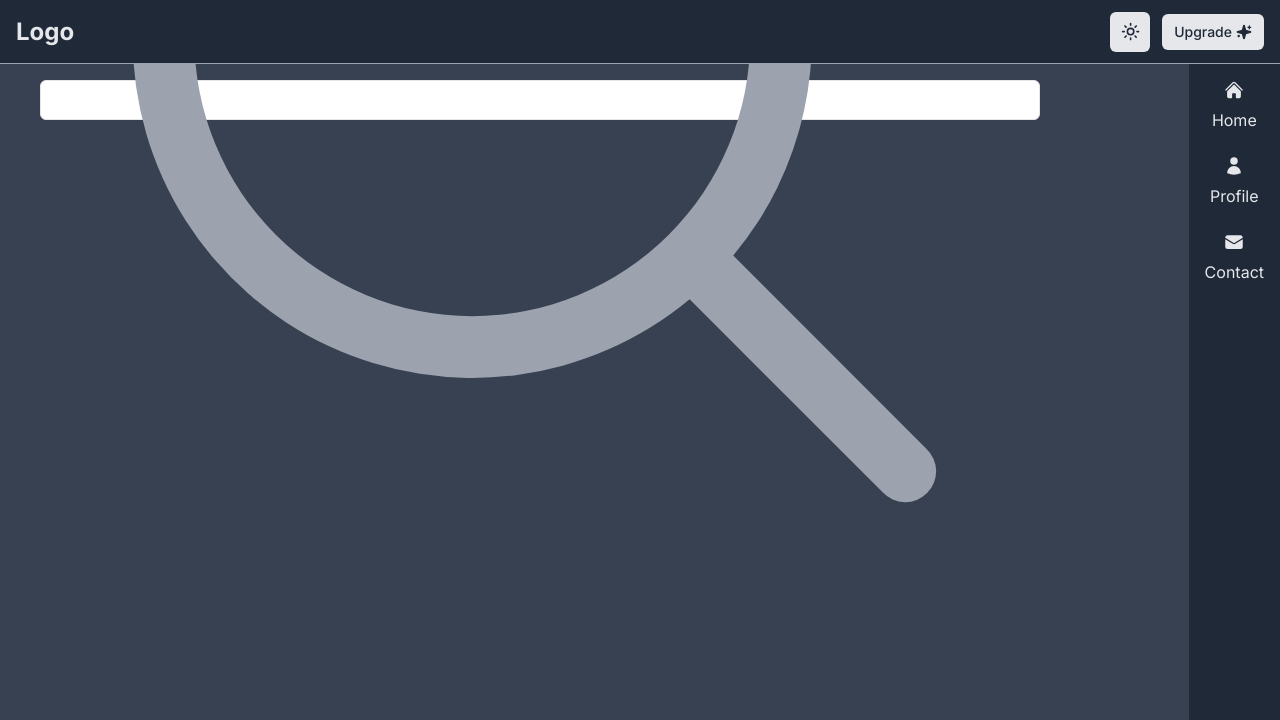
Repository: michalmilek/AI-companion-bot
Page: /
An editor plug-in stored every save of this project. The page is shown before and after the next save, followed by the edit.
The browser window is 1280 px wide. The pictures show the whole page.
The page's requests for data from a server got no answer. The project was rebuilt for these pictures with package versions that can differ from the ones it lists, and the page was loaded fresh each time. Some packages were replaced by stand-ins written for this rebuild. The framework's server and built-in components were replaced by stand-ins that run in the browser. No one was signed in, and anything a server would have sent is missing. Also part of the build but not shown: next.config.js.

Above is the page before, as saved 2023-10-10 18:38:00.

### app/layout.tsx
import { ClerkProvider } from "@clerk/nextjs";
import "./globals.css";
import type { Metadata } from "next";
import { Inter } from "next/font/google";
import { ThemeProvider } from "@/components/theme-provider";

const inter = Inter({ subsets: ["latin"] });

export const metadata: Metadata = {
  title: "Create Next App",
  description: "Generated by create next app",
};

export default function RootLayout({
  children,
}: {
  children: React.ReactNode;
}) {
  return (
    <ClerkProvider>
      <html lang="en">
        <body className={inter.className}>
          <ThemeProvider
            attribute="class"
            defaultTheme="light"
            enableSystem
            disableTransitionOnChange>
            {children}
          </ThemeProvider>
        </body>
      </html>
    </ClerkProvider>
  );
}

### app/(root)/layout.tsx
"use client";

import MobileSidebar from "@/components/MobileSidebar";
import Navbar from "@/components/Navbar";
import clsx from "clsx";
import { useTheme } from "next-themes";
import React, { useEffect } from "react";
import useStore from "../hooks/useStore";
import { useMediaQuery } from "react-responsive";
import { AnimatePresence } from "framer-motion";
import Sidebar from "@/components/Sidebar";

const RootLayout = ({ children }: { children: React.ReactNode }) => {
  const { theme } = useTheme();
  const isTabletOrLarger = useMediaQuery({
    query: "(min-width: 768px)",
  });
  const { setIsMobileMenuOpen } = useStore();

  useEffect(() => {
    if (isTabletOrLarger) {
      setIsMobileMenuOpen(false);
    }
  }, [isTabletOrLarger, setIsMobileMenuOpen]);

  return (
    <div
      className={`h-screen ${clsx(
        (theme === "dark" || "system") && "bg-gray-700",
        theme === "light" && "bg-gray-400"
      )} `}>
      <Navbar />
      <MobileSidebar />
      <Sidebar />
      <main className="px-10 md:pr-60 pt-20 pb-2 h-full">{children}</main>
    </div>
  );
};

export default RootLayout;

### app/(root)/(routes)/page.tsx
import { SearchInput } from "@/components/ui/search-input";
import { UserButton } from "@clerk/nextjs";
import React from "react";

const RootPage = () => {
  return (
    <div>
      <SearchInput label="Search" />
    </div>
  );
};

export default RootPage;

### app/globals.css
@tailwind base;
@tailwind components;
@tailwind utilities;

@layer base {
  :root {
    --background: 0 0% 100%;
    --foreground: 0 0% 3.9%;

    --card: 0 0% 100%;
    --card-foreground: 0 0% 3.9%;

    --popover: 0 0% 100%;
    --popover-foreground: 0 0% 3.9%;

    --primary: 0 0% 9%;
    --primary-foreground: 0 0% 98%;

    --secondary: 0 0% 96.1%;
    --secondary-foreground: 0 0% 9%;

    --muted: 0 0% 96.1%;
    --muted-foreground: 0 0% 45.1%;

    --accent: 0 0% 96.1%;
    --accent-foreground: 0 0% 9%;

    --destructive: 0 84.2% 60.2%;
    --destructive-foreground: 0 0% 98%;

    --border: 0 0% 89.8%;
    --input: 0 0% 89.8%;
    --ring: 0 0% 3.9%;

    --radius: 0.5rem;
  }

  .dark {
    --background: 0 0% 3.9%;
    --foreground: 0 0% 98%;

    --card: 0 0% 3.9%;
    --card-foreground: 0 0% 98%;

    --popover: 0 0% 3.9%;
    --popover-foreground: 0 0% 98%;

    --primary: 0 0% 98%;
    --primary-foreground: 0 0% 9%;

    --secondary: 0 0% 14.9%;
    --secondary-foreground: 0 0% 98%;

    --muted: 0 0% 14.9%;
    --muted-foreground: 0 0% 63.9%;

    --accent: 0 0% 14.9%;
    --accent-foreground: 0 0% 98%;

    --destructive: 0 62.8% 30.6%;
    --destructive-foreground: 0 0% 98%;

    --border: 0 0% 14.9%;
    --input: 0 0% 14.9%;
    --ring: 0 0% 83.1%;
  }
}

@layer base {
  * {
    @apply border-border;
  }
  body {
    @apply bg-background text-foreground;
  }
}

*{
  box-sizing: border-box;
  padding: 0;
  margin: 0;
}

### components/MobileSidebar.tsx
"use client";

import React from "react";
import { AnimatePresence, motion } from "framer-motion";
import { useTheme } from "next-themes";
import clsx from "clsx";
import { Theme, getThemeBackground } from "@/app/utils/helpers";
import { Button } from "./ui/button";
import { HomeIcon, UserIcon, EnvelopeIcon } from "@heroicons/react/24/solid";
import Link from "next/link";
import useStore from "@/app/hooks/useStore";
import { useMediaQuery } from "react-responsive";

const MobileSidebar = () => {
  const { theme } = useTheme();
  const isTabletOrLarger = useMediaQuery({
    query: "(min-width: 768px)",
  });

  const isMobileOrLarger = useMediaQuery({
    query: "(min-width: 550px)",
  });
  const { isMobileMenuOpen } = useStore();
  return (
    <AnimatePresence mode="wait">
      {isMobileMenuOpen && !isTabletOrLarger && (
        <motion.aside
          className={`h-full py-2 fixed bottom-0 top-16 right-0 ${getThemeBackground(
            theme as Theme
          )}`}
          initial={{ x: "100%" }}
          animate={{ x: 0 }}
          transition={{ type: "tween", duration: 0.3 }}
          exit={{ x: "100%" }}>
          <ul className="flex flex-col gap-2">
            <li>
              <Link
                className={`flex flex-col items-center gap-2 py-2 ${
                  theme === "light" ? "hover:bg-gray-700" : "hover:bg-gray-500"
                } transition-none`}
                href="/">
                <HomeIcon className="h-5 w-5" />
                {isMobileOrLarger && <span>Home</span>}
              </Link>
            </li>
            <li>
              <Link
                className="flex flex-col items-center gap-2 py-2 px-4 hover:bg-gray-700"
                href="/profile">
                <UserIcon className="h-5 w-5" />
                <span>Profile</span>
              </Link>
            </li>
            <li>
              <Link
                className="flex flex-col items-center gap-2 py-2 px-4 hover:bg-gray-700"
                href="/contact">
                <EnvelopeIcon className="h-5 w-5" />
                <span>Contact</span>
              </Link>
            </li>
          </ul>
        </motion.aside>
      )}
    </AnimatePresence>
  );
};
export default MobileSidebar;

### components/Navbar.tsx
"use client";

import React, { useEffect, useState } from "react";
import { UserButton } from "@clerk/nextjs";
import { Button } from "./ui/button";
import { Sparkles } from "lucide-react";
import { ThemeToggle } from "./theme-toggle";
import { useTheme } from "next-themes";
import clsx from "clsx";
import { Theme, getThemeBackground, getThemeColor } from "@/app/utils/helpers";
import { useMediaQuery } from "react-responsive";
import { Bars3Icon } from "@heroicons/react/24/solid";
import useStore from "@/app/hooks/useStore";

const Navbar = () => {
  const { theme } = useTheme();
  const isTabletOrLarger = useMediaQuery({
    query: "(min-width: 768px)",
  });
  const { isMobileMenuOpen, setIsMobileMenuOpen } = useStore();

  return (
    <nav
      className={`${getThemeBackground(
        theme as Theme
      )} h-16 flex justify-between items-center px-4 fixed top-0 left-0 right-0 z-50 border-b-gray-400 border-b`}>
      <a
        href="#"
        className="text-2xl font-bold">
        Logo
      </a>
      <div className="flex items-center gap-3">
        <ThemeToggle />
        <Button
          size="sm"
          variant={getThemeColor(theme as Theme)}>
          Upgrade
          <Sparkles
            className={`${
              theme === "light"
                ? "text-gray-800 fill-gray-800"
                : "text-gray-200 fill-gray-200"
            }  h-4 w-4`}
          />
        </Button>

        <UserButton />
        {!isTabletOrLarger && (
          <Button
            size="icon"
            onClick={() => setIsMobileMenuOpen(!isMobileMenuOpen)}
            variant={getThemeColor(theme as Theme)}>
            <Bars3Icon
              className={`${
                theme === "light"
                  ? "text-gray-800 fill-gray-800"
                  : "text-gray-200 fill-gray-200"
              } p-2`}
            />
          </Button>
        )}
      </div>
    </nav>
  );
};

export default Navbar;

### app/hooks/useStore.ts
import { create } from "zustand";

interface State {
  isMobileMenuOpen: boolean;
  setIsMobileMenuOpen: (isOpen: boolean) => void;
}

const useStore = create<State>((set) => ({
  isMobileMenuOpen: false,
  setIsMobileMenuOpen: (isOpen) => set({ isMobileMenuOpen: isOpen }),
}));

export default useStore;

### components/Sidebar.tsx
import React from "react";
import { AnimatePresence, motion } from "framer-motion";
import { useTheme } from "next-themes";
import clsx from "clsx";
import { Theme, getThemeBackground } from "@/app/utils/helpers";
import { Button } from "./ui/button";
import { HomeIcon, UserIcon, EnvelopeIcon } from "@heroicons/react/24/solid";
import Link from "next/link";
import { useMediaQuery } from "react-responsive";

const Sidebar = () => {
  const { theme } = useTheme();
  const isTabletOrLarger = useMediaQuery({
    query: "(min-width: 768px)",
  });

  return (
    <AnimatePresence>
      {isTabletOrLarger && (
        <motion.aside
          key={"sidebar"}
          className={`h-full py-2 fixed bottom-0 top-16 right-0 ${getThemeBackground(
            theme as Theme
          )}`}
          initial={{ x: "100%" }}
          animate={{ x: 0 }}
          exit={{ x: "100%" }}
          transition={{ type: "tween", duration: 0.3 }}>
          <ul className="flex flex-col gap-2">
            <li>
              <Link
                className={`flex flex-col items-center gap-2 py-2 ${
                  theme === "light" ? "hover:bg-gray-700" : "hover:bg-gray-500"
                } transition-none`}
                href="/">
                <HomeIcon className="h-5 w-5" />
                <span>Home</span>
              </Link>
            </li>
            <li>
              <Link
                className="flex flex-col items-center gap-2 py-2 px-4 hover:bg-gray-700"
                href="/profile">
                <UserIcon className="h-5 w-5" />
                <span>Profile</span>
              </Link>
            </li>
            <li>
              <Link
                className="flex flex-col items-center gap-2 py-2 px-4 hover:bg-gray-700"
                href="/contact">
                <EnvelopeIcon className="h-5 w-5" />
                <span>Contact</span>
              </Link>
            </li>
          </ul>
        </motion.aside>
      )}
    </AnimatePresence>
  );
};

export default Sidebar;

### components/ui/search-input.tsx
"use client";

import * as React from "react";

import { cn } from "@/lib/utils";
import { useTheme } from "next-themes";
import { Theme, getInputColor } from "@/app/utils/helpers";
import { MagnifyingGlassIcon } from "@heroicons/react/24/solid";

export interface InputProps
  extends React.InputHTMLAttributes<HTMLInputElement> {
  label?: string;
  error?: string;
}

const SearchInput = React.forwardRef<HTMLInputElement, InputProps>(
  ({ className, type, label, error, ...props }, ref) => {
    const { theme } = useTheme();

    return (
      <div className="relative">
        <input
          type={type}
          className={cn(
            "flex h-10 w-full rounded-md border border-input bg-white px-3 py-2 text-sm ring-offset-background file:border-0 file:bg-transparent file:text-sm file:font-medium placeholder:text-muted-foreground focus-visible:outline-none focus-visible:ring-2 focus-visible:ring-ring focus-visible:ring-offset-2 disabled:cursor-not-allowed disabled:opacity-50 text-black",
            className
          )}
          ref={ref}
          {...props}
        />
        <MagnifyingGlassIcon className="absolute right-3 top-1/2 transform -translate-y-1/2 text-gray-400" />
      </div>
    );
  }
);
SearchInput.displayName = "Input";

export { SearchInput };

### app/utils/helpers.ts
import clsx from "clsx";

export type Theme = "dark" | "system" | "light";

export function getThemeColor(theme: Theme) {
  if (theme === "dark" || theme === "system") {
    return "dark";
  } else {
    return "gray";
  }
}

export const getThemeBackground = (theme: Theme) => {
  return clsx(
    (theme === "dark" || theme === "system") && "bg-gray-200 text-gray-800",
    theme === "light" && "bg-gray-800 text-gray-200"
  );
};

export const getInputColor = (theme: Theme) => {
  return clsx(
    (theme === "dark" || theme === "system") && "text-white",
    theme === "light" && "text-black"
  );
};

### components/ui/button.tsx
import * as React from "react";
import { Slot } from "@radix-ui/react-slot";
import { cva, type VariantProps } from "class-variance-authority";

import { cn } from "@/lib/utils";

const buttonVariants = cva(
  "inline-flex items-center justify-center rounded-md text-sm font-medium ring-offset-background transition-colors focus-visible:outline-none focus-visible:ring-2 focus-visible:ring-ring focus-visible:ring-offset-2 disabled:pointer-events-none disabled:opacity-50",
  {
    variants: {
      variant: {
        default: "bg-primary text-primary-foreground hover:bg-primary/90",
        destructive:
          "bg-destructive text-destructive-foreground hover:bg-destructive/90",
        outline:
          "border border-input bg-background hover:bg-accent hover:text-accent-foreground",
        secondary:
          "bg-secondary text-secondary-foreground hover:bg-secondary/80",
        ghost: "hover:bg-accent hover:text-accent-foreground",
        link: "text-primary underline-offset-4 hover:underline",
        gray: "bg-gray-200 text-gray-800 flex items-center gap-1 hover:bg-gray-300 transition-all",
        dark: "bg-gray-800 text-gray-200 flex items-center gap-1 hover:bg-gray-600 transition-all",
      },
      size: {
        default: "h-10 px-4 py-2",
        sm: "h-9 rounded-md px-3",
        lg: "h-11 rounded-md px-8",
        icon: "h-10 w-10",
      },
    },
    defaultVariants: {
      variant: "default",
      size: "default",
    },
  }
);

export interface ButtonProps
  extends React.ButtonHTMLAttributes<HTMLButtonElement>,
    VariantProps<typeof buttonVariants> {
  asChild?: boolean;
}

const Button = React.forwardRef<HTMLButtonElement, ButtonProps>(
  ({ className, variant, size, asChild = false, ...props }, ref) => {
    const Comp = asChild ? Slot : "button";
    return (
      <Comp
        className={cn(buttonVariants({ variant, size, className }))}
        ref={ref}
        {...props}
      />
    );
  }
);
Button.displayName = "Button";

export { Button, buttonVariants };

### components/theme-toggle.tsx
"use client";

import * as React from "react";
import { Moon, Sun } from "lucide-react";
import { useTheme } from "next-themes";

import { Button } from "@/components/ui/button";
import {
  DropdownMenu,
  DropdownMenuContent,
  DropdownMenuItem,
  DropdownMenuTrigger,
} from "@/components/ui/dropdown-menu";
import { Theme, getThemeColor } from "@/app/utils/helpers";

export function ThemeToggle() {
  const { theme, setTheme } = useTheme();

  return (
    <DropdownMenu>
      <DropdownMenuTrigger asChild>
        <Button
          variant={getThemeColor(theme as Theme)}
          size="icon">
          <Sun className="h-[1.2rem] w-[1.2rem] rotate-0 scale-100 transition-all dark:-rotate-90 dark:scale-0" />
          <Moon className="absolute h-[1.2rem] w-[1.2rem] rotate-90 scale-0 transition-all dark:rotate-0 dark:scale-100" />
          <span className="sr-only">Toggle theme</span>
        </Button>
      </DropdownMenuTrigger>
      <DropdownMenuContent align="end">
        <DropdownMenuItem onClick={() => setTheme("light")}>
          Light
        </DropdownMenuItem>
        <DropdownMenuItem onClick={() => setTheme("dark")}>
          Dark
        </DropdownMenuItem>
        <DropdownMenuItem onClick={() => setTheme("system")}>
          System
        </DropdownMenuItem>
      </DropdownMenuContent>
    </DropdownMenu>
  );
}

### components/ui/dropdown-menu.tsx
"use client"

import * as React from "react"
import * as DropdownMenuPrimitive from "@radix-ui/react-dropdown-menu"
import { Check, ChevronRight, Circle } from "lucide-react"

import { cn } from "@/lib/utils"

const DropdownMenu = DropdownMenuPrimitive.Root

const DropdownMenuTrigger = DropdownMenuPrimitive.Trigger

const DropdownMenuGroup = DropdownMenuPrimitive.Group

const DropdownMenuPortal = DropdownMenuPrimitive.Portal

const DropdownMenuSub = DropdownMenuPrimitive.Sub

const DropdownMenuRadioGroup = DropdownMenuPrimitive.RadioGroup

const DropdownMenuSubTrigger = React.forwardRef<
  React.ElementRef<typeof DropdownMenuPrimitive.SubTrigger>,
  React.ComponentPropsWithoutRef<typeof DropdownMenuPrimitive.SubTrigger> & {
    inset?: boolean
  }
>(({ className, inset, children, ...props }, ref) => (
  <DropdownMenuPrimitive.SubTrigger
    ref={ref}
    className={cn(
      "flex cursor-default select-none items-center rounded-sm px-2 py-1.5 text-sm outline-none focus:bg-accent data-[state=open]:bg-accent",
      inset && "pl-8",
      className
    )}
    {...props}
  >
    {children}
    <ChevronRight className="ml-auto h-4 w-4" />
  </DropdownMenuPrimitive.SubTrigger>
))
DropdownMenuSubTrigger.displayName =
  DropdownMenuPrimitive.SubTrigger.displayName

const DropdownMenuSubContent = React.forwardRef<
  React.ElementRef<typeof DropdownMenuPrimitive.SubContent>,
  React.ComponentPropsWithoutRef<typeof DropdownMenuPrimitive.SubContent>
>(({ className, ...props }, ref) => (
  <DropdownMenuPrimitive.SubContent
    ref={ref}
    className={cn(
      "z-50 min-w-[8rem] overflow-hidden rounded-md border bg-popover p-1 text-popover-foreground shadow-lg data-[state=open]:animate-in data-[state=closed]:animate-out data-[state=closed]:fade-out-0 data-[state=open]:fade-in-0 data-[state=closed]:zoom-out-95 data-[state=open]:zoom-in-95 data-[side=bottom]:slide-in-from-top-2 data-[side=left]:slide-in-from-right-2 data-[side=right]:slide-in-from-left-2 data-[side=top]:slide-in-from-bottom-2",
      className
    )}
    {...props}
  />
))
DropdownMenuSubContent.displayName =
  DropdownMenuPrimitive.SubContent.displayName

const DropdownMenuContent = React.forwardRef<
  React.ElementRef<typeof DropdownMenuPrimitive.Content>,
  React.ComponentPropsWithoutRef<typeof DropdownMenuPrimitive.Content>
>(({ className, sideOffset = 4, ...props }, ref) => (
  <DropdownMenuPrimitive.Portal>
    <DropdownMenuPrimitive.Content
      ref={ref}
      sideOffset={sideOffset}
      className={cn(
        "z-50 min-w-[8rem] overflow-hidden rounded-md border bg-popover p-1 text-popover-foreground shadow-md data-[state=open]:animate-in data-[state=closed]:animate-out data-[state=closed]:fade-out-0 data-[state=open]:fade-in-0 data-[state=closed]:zoom-out-95 data-[state=open]:zoom-in-95 data-[side=bottom]:slide-in-from-top-2 data-[side=left]:slide-in-from-right-2 data-[side=right]:slide-in-from-left-2 data-[side=top]:slide-in-from-bottom-2",
        className
      )}
      {...props}
    />
  </DropdownMenuPrimitive.Portal>
))
DropdownMenuContent.displayName = DropdownMenuPrimitive.Content.displayName

const DropdownMenuItem = React.forwardRef<
  React.ElementRef<typeof DropdownMenuPrimitive.Item>,
  React.ComponentPropsWithoutRef<typeof DropdownMenuPrimitive.Item> & {
    inset?: boolean
  }
>(({ className, inset, ...props }, ref) => (
  <DropdownMenuPrimitive.Item
    ref={ref}
    className={cn(
      "relative flex cursor-default select-none items-center rounded-sm px-2 py-1.5 text-sm outline-none transition-colors focus:bg-accent focus:text-accent-foreground data-[disabled]:pointer-events-none data-[disabled]:opacity-50",
      inset && "pl-8",
      className
    )}
    {...props}
  />
))
DropdownMenuItem.displayName = DropdownMenuPrimitive.Item.displayName

const DropdownMenuCheckboxItem = React.forwardRef<
  React.ElementRef<typeof DropdownMenuPrimitive.CheckboxItem>,
  React.ComponentPropsWithoutRef<typeof DropdownMenuPrimitive.CheckboxItem>
>(({ className, children, checked, ...props }, ref) => (
  <DropdownMenuPrimitive.CheckboxItem
    ref={ref}
    className={cn(
      "relative flex cursor-default select-none items-center rounded-sm py-1.5 pl-8 pr-2 text-sm outline-none transition-colors focus:bg-accent focus:text-accent-foreground data-[disabled]:pointer-events-none data-[disabled]:opacity-50",
      className
    )}
    checked={checked}
    {...props}
  >
    <span className="absolute left-2 flex h-3.5 w-3.5 items-center justify-center">
      <DropdownMenuPrimitive.ItemIndicator>
        <Check className="h-4 w-4" />
      </DropdownMenuPrimitive.ItemIndicator>
    </span>
    {children}
  </DropdownMenuPrimitive.CheckboxItem>
))
DropdownMenuCheckboxItem.displayName =
  DropdownMenuPrimitive.CheckboxItem.displayName

const DropdownMenuRadioItem = React.forwardRef<
  React.ElementRef<typeof DropdownMenuPrimitive.RadioItem>,
  React.ComponentPropsWithoutRef<typeof DropdownMenuPrimitive.RadioItem>
>(({ className, children, ...props }, ref) => (
  <DropdownMenuPrimitive.RadioItem
    ref={ref}
    className={cn(
      "relative flex cursor-default select-none items-center rounded-sm py-1.5 pl-8 pr-2 text-sm outline-none transition-colors focus:bg-accent focus:text-accent-foreground data-[disabled]:pointer-events-none data-[disabled]:opacity-50",
      className
    )}
    {...props}
  >
    <span className="absolute left-2 flex h-3.5 w-3.5 items-center justify-center">
      <DropdownMenuPrimitive.ItemIndicator>
        <Circle className="h-2 w-2 fill-current" />
      </DropdownMenuPrimitive.ItemIndicator>
    </span>
    {children}
  </DropdownMenuPrimitive.RadioItem>
))
DropdownMenuRadioItem.displayName = DropdownMenuPrimitive.RadioItem.displayName

const DropdownMenuLabel = React.forwardRef<
  React.ElementRef<typeof DropdownMenuPrimitive.Label>,
  React.ComponentPropsWithoutRef<typeof DropdownMenuPrimitive.Label> & {
    inset?: boolean
  }
>(({ className, inset, ...props }, ref) => (
  <DropdownMenuPrimitive.Label
    ref={ref}
    className={cn(
      "px-2 py-1.5 text-sm font-semibold",
      inset && "pl-8",
      className
    )}
    {...props}
  />
))
DropdownMenuLabel.displayName = DropdownMenuPrimitive.Label.displayName

const DropdownMenuSeparator = React.forwardRef<
  React.ElementRef<typeof DropdownMenuPrimitive.Separator>,
  React.ComponentPropsWithoutRef<typeof DropdownMenuPrimitive.Separator>
>(({ className, ...props }, ref) => (
  <DropdownMenuPrimitive.Separator
    ref={ref}
    className={cn("-mx-1 my-1 h-px bg-muted", className)}
    {...props}
  />
))
DropdownMenuSeparator.displayName = DropdownMenuPrimitive.Separator.displayName

const DropdownMenuShortcut = ({
  className,
  ...props
}: React.HTMLAttributes<HTMLSpanElement>) => {
  return (
    <span
      className={cn("ml-auto text-xs tracking-widest opacity-60", className)}
      {...props}
    />
  )
}
DropdownMenuShortcut.displayName = "DropdownMenuShortcut"

export {
  DropdownMenu,
  DropdownMenuTrigger,
  DropdownMenuContent,
  DropdownMenuItem,
  DropdownMenuCheckboxItem,
  DropdownMenuRadioItem,
  DropdownMenuLabel,
  DropdownMenuSeparator,
  DropdownMenuShortcut,
  DropdownMenuGroup,
  DropdownMenuPortal,
  DropdownMenuSub,
  DropdownMenuSubContent,
  DropdownMenuSubTrigger,
  DropdownMenuRadioGroup,
}

Loaded but not shown: components/theme-provider.tsx (common file); lib/utils.ts (common file); tailwind.config.js (common file)

After the next save:
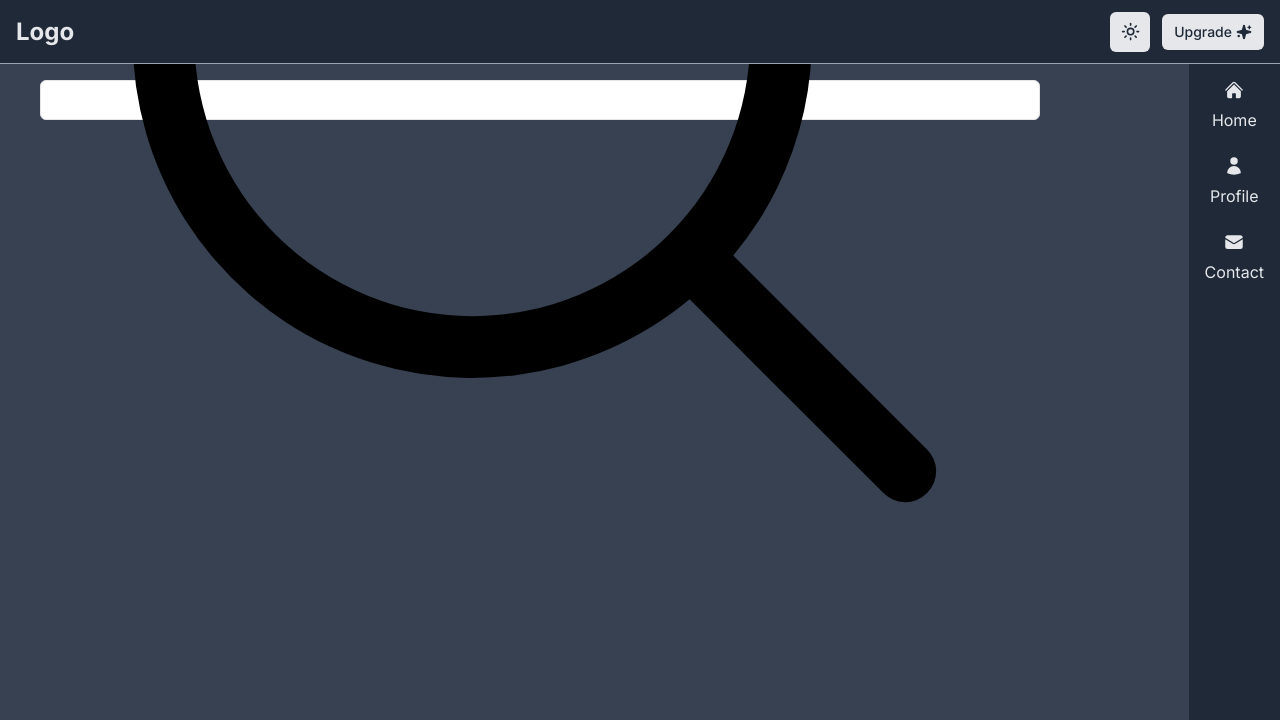
Saved 38 s later.
--- a/components/ui/search-input.tsx
+++ b/components/ui/search-input.tsx
@@ -28,7 +28,11 @@ const SearchInput = React.forwardRef<HTMLInputElement, InputProps>(
           ref={ref}
           {...props}
         />
-        <MagnifyingGlassIcon className="absolute right-3 top-1/2 transform -translate-y-1/2 text-gray-400" />
+        <MagnifyingGlassIcon
+          className={`absolute right-3 top-1/2 transform -translate-y-1/2 ${getInputColor(
+            theme as Theme
+          )}`}
+        />
       </div>
     );
   }
